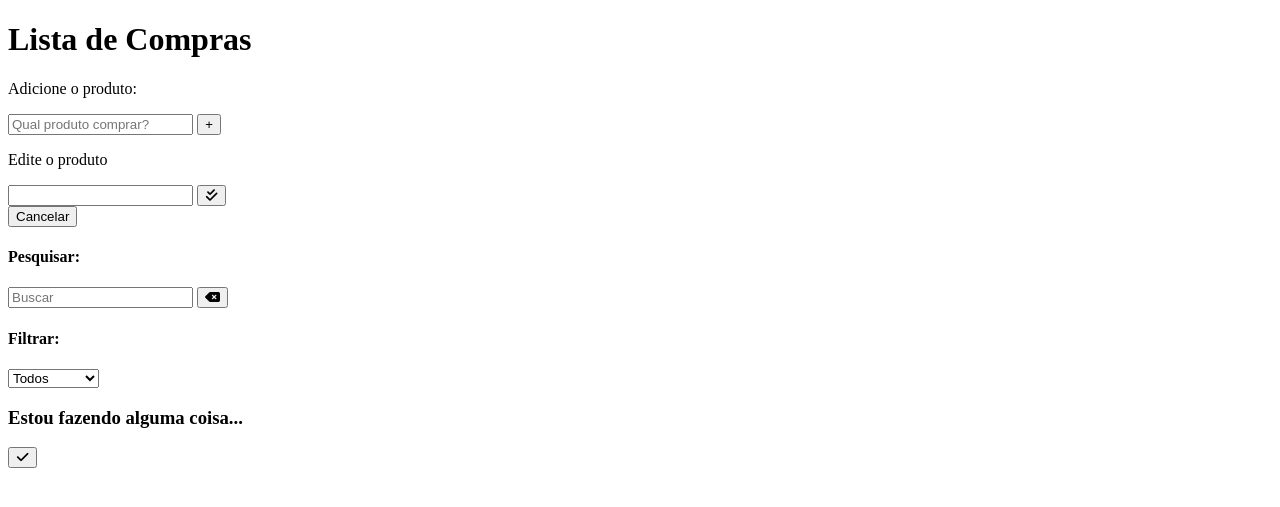
Repository: Dkrvalho/mercado
Page: index.html
The author's editor kept a copy of each file at every save. The page is drawn from the files as they stood at one save, then again after the next save.
The browser window is 1280 px wide. The pictures show the whole page.

Above is the page before, as saved 2023-01-09 12:31:22.

### index.html
<!DOCTYPE html>
<html lang="en">
<head>
    <meta charset="UTF-8">
    <meta http-equiv="X-UA-Compatible" content="IE=edge">
    <meta name="viewport" content="width=device-width, initial-scale=1.0">
    <!-- CSS -->
    <link rel="stylesheet" href="css/style.css">
    <!-- Font Awesome -->
    <link rel="stylesheet" href="https://cdnjs.cloudflare.com/ajax/libs/font-awesome/6.2.1/css/all.min.css" integrity="sha512-MV7K8+y+gLIBoVD59lQIYicR65iaqukzvf/nwasF0nqhPay5w/9lJmVM2hMDcnK1OnMGCdVK+iQrJ7lzPJQd1w==" crossorigin="anonymous" referrerpolicy="no-referrer" />
    <!-- JS -->
    <script src="js/script.js" defer></script>
    <!-- defer faz com que o js seja carregado após o html -->
    <title>Lista de Compras</title>
</head>
    <main class="container">
        <header>
            <h1>Lista de Compras</h1>
        </header>
        <form id="form">
            <p>Adicione o produto:</p>
            <div class="form-control">
                <input type="text" id="todo-input" placeholder="Qual produto comprar?">
                <button type="submit">
                    <i class="fa-thin fa-plus"></i>
                </button>
            </div>
        </form>
        <form id="edit-form">
            <p>Edite o produto</p>
            <div id="form-control">
                <input type="text" id="edit-input">
                <button type="submit">
                    <i class="fa-solid fa-check-double"></i>
                </button>
            </div>
            <button id="cancel-edit-btn">Cancelar</button>
        </form>
        <div id="tollbar">
            <div id="search">
                <h4>Pesquisar:</h4>
                <form>
                    <input type="text" id="search-input" placeholder="Buscar">
                    <button id="erase-btn">
                        <i class="fa-solid fa-delete-left"></i>
                    </button>
                </form>
            </div>
        </div>
        <div id="filter">
            <h4>Filtrar:</h4>
            <select id="filter-select">
                <option value="all">Todos</option>
                <option value="done">Comprados</option>
                <option value="todo">A comprar</option>
            </select>
        </div>
        <div id="todo-list">
            <div id="todo">
                <h3>Estou fazendo alguma coisa...</h3>
                <button class="finih-todo">
                    <i class="fa-solid fa-check"></i>
                </button>
            </div>
        </div>
    </main>
<body>

</body>
</html>

Loaded but not shown: css/style.css (no copy from this time; the picture is the same without it); js/script.js (no copy from this time; the picture is the same without it)

After the next save:
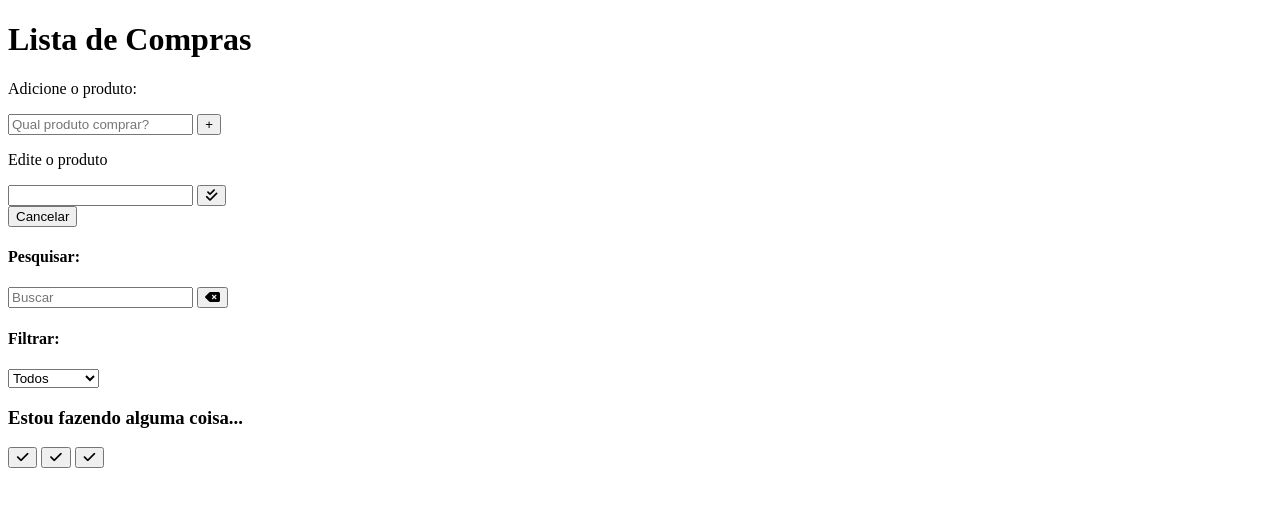
Saved 6 s later.
--- a/index.html
+++ b/index.html
@@ -61,6 +61,12 @@
                 <button class="finih-todo">
                     <i class="fa-solid fa-check"></i>
                 </button>
+                <button class="finih-todo">
+                    <i class="fa-solid fa-check"></i>
+                </button>
+                <button class="finih-todo">
+                    <i class="fa-solid fa-check"></i>
+                </button>
             </div>
         </div>
     </main>
